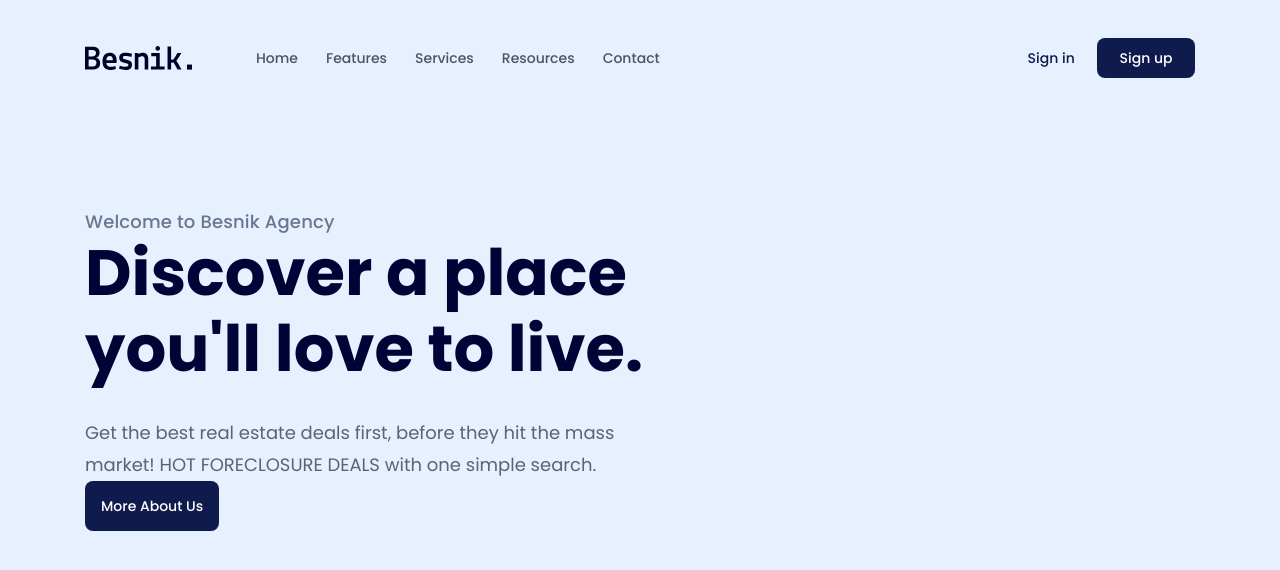
Repository: vancong171001/f8-html-css-01
Page: index.html
An editor plug-in stored every save of this project. The page is shown before and after the next save, followed by the edit.
The browser window is 1280 px wide. The pictures show the whole page.

Above is the page before, as saved 2025-02-18 16:41:35.

### index.html
<!DOCTYPE html>
<html lang="en">

<head>
  <meta charset="UTF-8">
  <meta name="viewport" content="width=device-width, initial-scale=1.0">
  <title>Project 01</title>
  <link rel="stylesheet" href="./assets/css/reset.css">

  <!-- <link rel="preconnect" href="https://fonts.googleapis.com">
  <link rel="preconnect" href="https://fonts.gstatic.com" crossorigin>
  <link
    href="https://fonts.googleapis.com/css2?family=Poppins:wght@400;500;600;700&family=Roboto:ital,wght@0,100;0,300;0,400;0,500;0,700;0,900;1,100;1,300;1,400;1,500;1,700;1,900&display=swap"
    rel="stylesheet"> -->

  <link rel="stylesheet" href="./assets/fonts/stylesheet.css">
  <link rel="stylesheet" href="./assets/css/styles.css">
</head>

<body>
  <main>
    <header class="header">
      <div class="content">
        <nav class="navbar">
          <!-- Logo -->
          <img src="./assets/img/logo.svg" alt="Besnik.">

          <!-- Navigation -->
          <ul>
            <li><a href="#!">Home</a></li>
            <li><a href="#!">Features</a></li>
            <li><a href="#!">Services</a></li>
            <li><a href="#!">Resources</a></li>
            <li><a href="#!">Contact</a></li>
          </ul>

          <!-- Action -->
          <div class="action">
            <a href="#!" class="action-link">Sign in</a>
            <a href="#!" class="btn action-btn">Sign up</a>
          </div>
        </nav>

        <div class="hero">
          <div class="info">
            <p class="sub-title">Welcome to Besnik Agency</p>
            <h1 class="title">Discover a place you'll love to live.</h1>
            <p class="desc">Get the best real estate deals first, before they hit the mass market! HOT FORECLOSURE DEALS
              with one simple search.</p>
            <a href="#!" class="btn hero-cta">More About Us</a>
          </div>
        </div>
      </div>
    </header>
  </main>
</body>

</html>

### assets/fonts/stylesheet.css
/* =============== Poppins ================ */
@font-face {
  font-family: 'Poppins';
  src: url('Poppins/Poppins-BoldItalic.woff2') format('woff2'),
      url('Poppins/Poppins-BoldItalic.woff') format('woff');
  font-weight: bold;
  font-style: italic;
  font-display: swap;
}

@font-face {
  font-family: 'Poppins';
  src: url('Poppins/Poppins-ExtraBold.woff2') format('woff2'),
      url('Poppins/Poppins-ExtraBold.woff') format('woff');
  font-weight: bold;
  font-style: normal;
  font-display: swap;
}

@font-face {
  font-family: 'Poppins';
  src: url('Poppins/Poppins-ExtraBoldItalic.woff2') format('woff2'),
      url('Poppins/Poppins-ExtraBoldItalic.woff') format('woff');
  font-weight: bold;
  font-style: italic;
  font-display: swap;
}

@font-face {
  font-family: 'Poppins';
  src: url('Poppins/Poppins-Bold.woff2') format('woff2'),
      url('Poppins/Poppins-Bold.woff') format('woff');
  font-weight: bold;
  font-style: normal;
  font-display: swap;
}

@font-face {
  font-family: 'Poppins';
  src: url('Poppins/Poppins-Black.woff2') format('woff2'),
      url('Poppins/Poppins-Black.woff') format('woff');
  font-weight: 900;
  font-style: normal;
  font-display: swap;
}

@font-face {
  font-family: 'Poppins';
  src: url('Poppins/Poppins-BlackItalic.woff2') format('woff2'),
      url('Poppins/Poppins-BlackItalic.woff') format('woff');
  font-weight: 900;
  font-style: italic;
  font-display: swap;
}

@font-face {
  font-family: 'Poppins';
  src: url('Poppins/Poppins-ExtraLightItalic.woff2') format('woff2'),
      url('Poppins/Poppins-ExtraLightItalic.woff') format('woff');
  font-weight: 200;
  font-style: italic;
  font-display: swap;
}

@font-face {
  font-family: 'Poppins';
  src: url('Poppins/Poppins-Light.woff2') format('woff2'),
      url('Poppins/Poppins-Light.woff') format('woff');
  font-weight: 300;
  font-style: normal;
  font-display: swap;
}

@font-face {
  font-family: 'Poppins';
  src: url('Poppins/Poppins-Italic.woff2') format('woff2'),
      url('Poppins/Poppins-Italic.woff') format('woff');
  font-weight: normal;
  font-style: italic;
  font-display: swap;
}

@font-face {
  font-family: 'Poppins';
  src: url('Poppins/Poppins-LightItalic.woff2') format('woff2'),
      url('Poppins/Poppins-LightItalic.woff') format('woff');
  font-weight: 300;
  font-style: italic;
  font-display: swap;
}

@font-face {
  font-family: 'Poppins';
  src: url('Poppins/Poppins-Medium.woff2') format('woff2'),
      url('Poppins/Poppins-Medium.woff') format('woff');
  font-weight: 500;
  font-style: normal;
  font-display: swap;
}

@font-face {
  font-family: 'Poppins';
  src: url('Poppins/Poppins-ExtraLight.woff2') format('woff2'),
      url('Poppins/Poppins-ExtraLight.woff') format('woff');
  font-weight: 200;
  font-style: normal;
  font-display: swap;
}

@font-face {
  font-family: 'Poppins';
  src: url('Poppins/Poppins-MediumItalic.woff2') format('woff2'),
      url('Poppins/Poppins-MediumItalic.woff') format('woff');
  font-weight: 500;
  font-style: italic;
  font-display: swap;
}

@font-face {
  font-family: 'Poppins';
  src: url('Poppins/Poppins-SemiBold.woff2') format('woff2'),
      url('Poppins/Poppins-SemiBold.woff') format('woff');
  font-weight: 600;
  font-style: normal;
  font-display: swap;
}

@font-face {
  font-family: 'Poppins';
  src: url('Poppins/Poppins-ThinItalic.woff2') format('woff2'),
      url('Poppins/Poppins-ThinItalic.woff') format('woff');
  font-weight: 100;
  font-style: italic;
  font-display: swap;
}

@font-face {
  font-family: 'Poppins';
  src: url('Poppins/Poppins-SemiBoldItalic.woff2') format('woff2'),
      url('Poppins/Poppins-SemiBoldItalic.woff') format('woff');
  font-weight: 600;
  font-style: italic;
  font-display: swap;
}

@font-face {
  font-family: 'Poppins';
  src: url('Poppins/Poppins-Thin.woff2') format('woff2'),
      url('Poppins/Poppins-Thin.woff') format('woff');
  font-weight: 100;
  font-style: normal;
  font-display: swap;
}

@font-face {
  font-family: 'Poppins';
  src: url('Poppins/Poppins-Regular.woff2') format('woff2'),
      url('Poppins/Poppins-Regular.woff') format('woff');
  font-weight: normal;
  font-style: normal;
  font-display: swap;
}

### assets/css/styles.css
* {
  box-sizing: border-box;
}

:root {
  --primary-color: #0f1b4c;
}

html {
  font-size: 62.5%;
}

body {
  font-size: 1.6rem;
  font-family: "Poppins", "sans-serif";
}

/* Common */
a {
  text-decoration: none;
}

.content {
  width: 1110px;
  max-width: calc(100% - 48px);
  margin-left: auto;
  margin-right: auto;
}

.btn {
  display: inline-block;
  padding: 18px 16px;
  min-width: 98px;
  border-radius: 8px;
  background-color: var(--primary-color);
  font-weight: 500;
  font-size: 1.4rem;
  text-align: center;
  color: white;
}

.btn:hover {
  opacity: 0.9;
}

/* Header */
.header {
  background-color: #e6f0ff;
  height: 100vh;
}

.navbar {
  display: flex;
  align-items: center;
  padding-top: 38px;
}

.navbar ul {
  display: flex;
  margin-left: 50px;
}

.navbar .action {
  margin-left: auto;
}

.navbar ul a {
  font-weight: 500;
  font-size: 1.4rem;
  color: #4f5361;
  padding: 8px 14px;
}

.navbar ul a:hover {
  text-decoration: underline;
}

.navbar .action-link {
  font-weight: 500;
  font-size: 1.4rem;
  color: var(--primary-color);
}

.navbar .action-btn {
  padding: 13px 16px;
  margin-left: 18px;
}

.hero {
  margin-top: 130px;
}

.hero .info {
  width: 51%;
}

.hero .sub-title {
  color: #687690;
  font-size: 1.8rem;
  font-weight: 500;
  line-height: 1.5;
  letter-spacing: 0.01em;
}

.hero .title {
  color: #000336;
  font-size: 6.4rem;
  font-weight: 700;
  line-height: 1.1875; /* 118.75% */
}

.hero .desc {
  color: #5a6473;
  font-size: 1.8rem;
  font-weight: 400;
  line-height: 1.78; /* 177.778% */
  margin-top: 30px;
}

.hero-cta {
  min-width: 170p;
}

Loaded but not shown: assets/css/reset.css (common file)

After the next save:
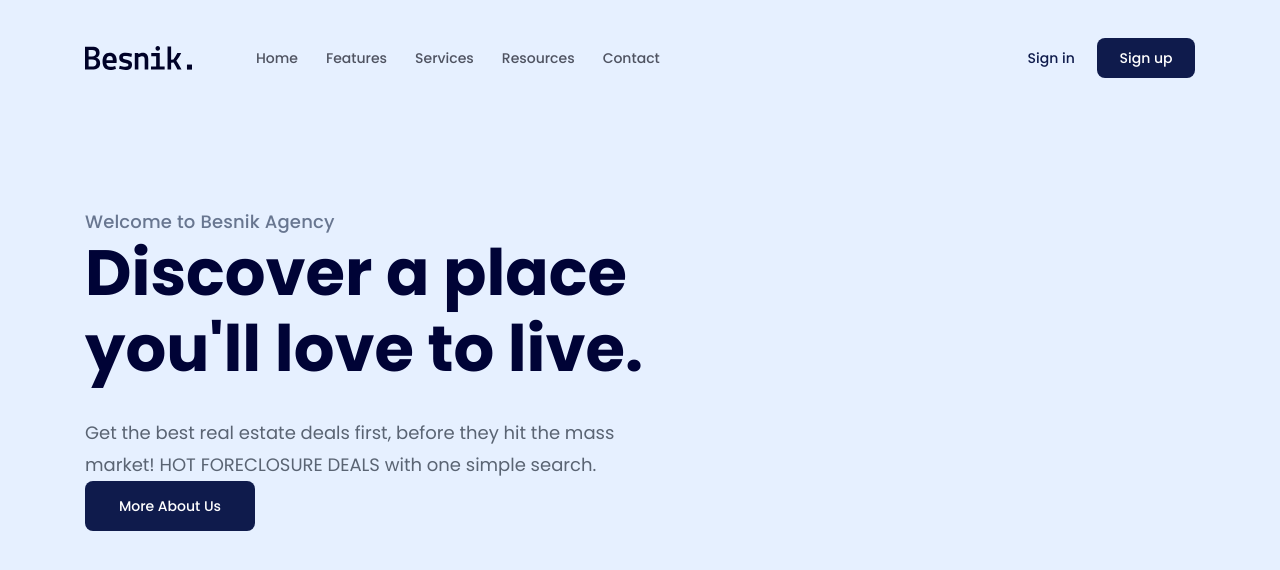
Saved 7 s later.
--- a/assets/css/styles.css
+++ b/assets/css/styles.css
@@ -118,5 +118,5 @@
 }
 
 .hero-cta {
-  min-width: 170p;
+  min-width: 170px;
 }
